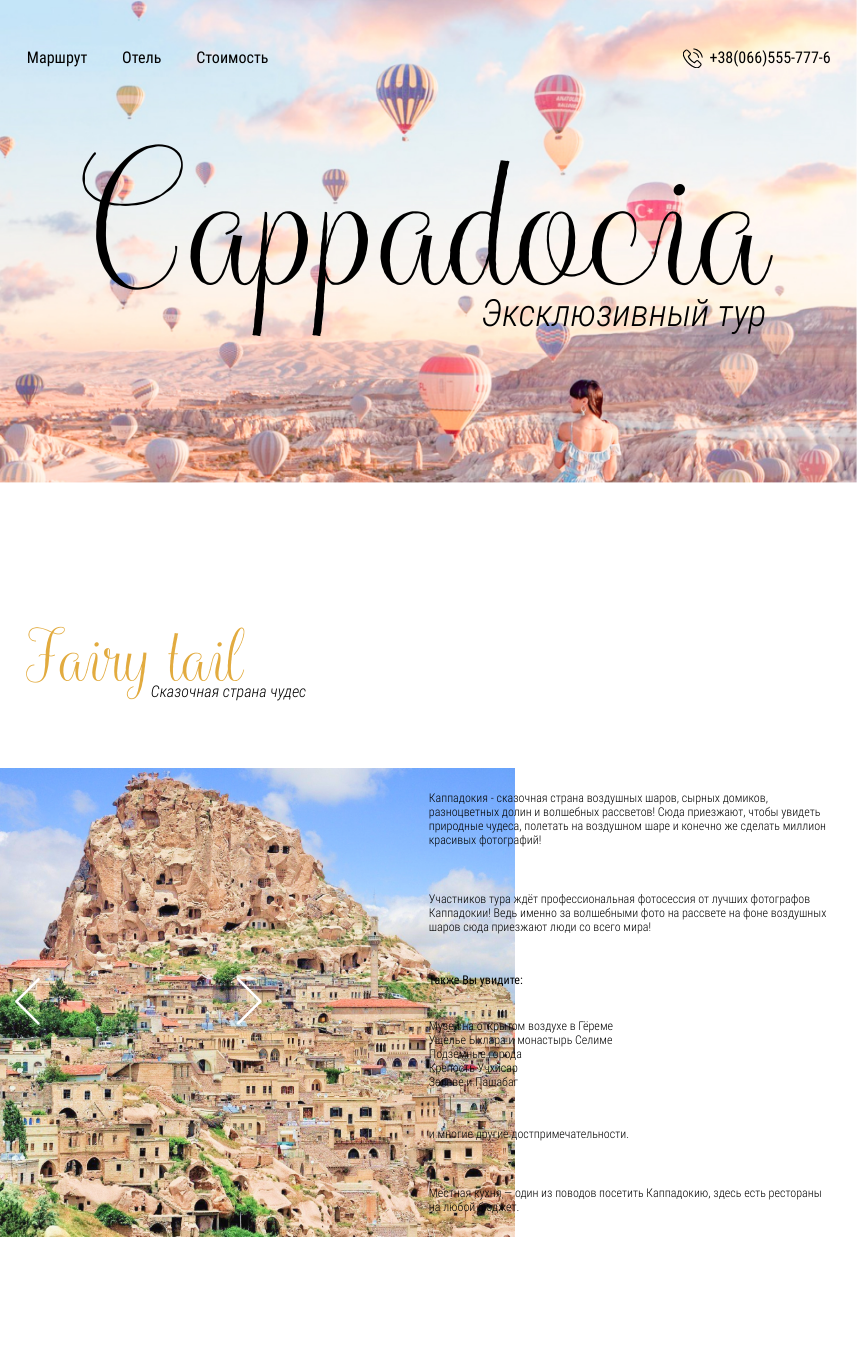
Repository: Lareeman/cappadocia
Page: index.html
The author's editor kept a copy of each file at every save. The page is drawn from the files as they stood at one save, then again after a run of saves.
The browser window is 1280 px wide. The pictures show the whole page, at 67% of full size.

Above is the page before, as saved 2024-01-27 14:27:35.

### index.html
<!DOCTYPE html>
<html lang="en">

<head>
  <meta charset="UTF-8">
  <meta name="viewport" content="width=device-width, initial-scale=1.0">
  <meta http-equiv="X-UA-Compatible" content="ie=edge">
  <title>Cappadocia</title>
  <link rel="stylesheet" href="css/reset.css">
  <link rel="stylesheet" href="css/slick.css">
  <link rel="stylesheet" href="css/style.css">
</head>

<body>
  <header class="header">
    <div class="container">
      <div class="header__top">
        <nav class="menu">
          <ul class="menu__list">
            <li class="menu__item"><a class="menu__link" href="#">Маршрут</a></li>
            <li class="menu__item"><a class="menu__link" href="#">Отель</a></li>
            <li class="menu__item"><a class="menu__link" href="#">Стоимость</a></li>
          </ul>
        </nav>
        <a class="header__phone" href="tel:+380665557776">+38(066)555-777-6</a>
      </div>
      <h1 class="header__title">Cappadocia<span>Эксклюзивный тур</span></h1>
    </div>
  </header>
  <section class="fairy page-section">
    <div class="container">
      <h3 class="fairy__title title">Fairy tail
        <span>Сказочная страна чудес</span>
      </h3>
    </div>
    <div class="fairy__inner">
      <div class="fairy__slider">
        <div class="fairy__item"><img src="images/fairy-1.jpg" alt=""></div>
        <div class="fairy__item"><img src="images/fairy-2.jpg" alt=""></div>
        <div class="fairy__item"><img src="images/fairy-3.jpg" alt=""></div>
      </div>
      <div class="fairy__content">
        <div class="fairy__container">
          <div class="fairy__body">
            <p class="fairy__text">
              Каппадокия - сказочная страна воздушных шаров, сырных домиков, разноцветных долин и волшебных рассветов!
              Сюда приезжают, чтобы увидеть природные чудеса, полетать на воздушном шаре и конечно же сделать миллион красивых фотографий!
            </p>
            <p class="fairy__text">
              Участников тура ждёт профессиональная фотосессия от лучших фотографов Каппадокии!
              Ведь именно за волшебными фото на рассвете на фоне воздушных шаров сюда приезжают люди со всего мира!
            </p>
            <div class="fairy__body-title">
              Также Вы увидите:
            </div>
            <ul class="fairy__list">
              <li>Музей на открытом воздухе в Гёреме</li>
              <li>Ущелье Ыхлара и монастырь Селиме</li>
              <li>Подземные города</li>
              <li>Крепость Учхисар</li>
              <li>Зельве и Пашабаг</li>
            </ul>
            <p class="fairy__text">и многие другие достпримечательности.</p>
            <p class="fairy__text">Местная кухня — один из поводов посетить Каппадокию, здесь есть рестораны на любой бюджет.</p>
          </div>
        </div>
      </div>
    </div>
  </section>



  <script src="https://ajax.googleapis.com/ajax/libs/jquery/3.4.1/jquery.min.js"></script>
  <script src="js/slick.min.js"></script>
  <script src="js/main.js"></script>
</body>

</html>

### css/style.css
:root {
  --black: #000;
  --gold: #E2AB3F;
}

@font-face {
  font-family: 'Balqis';
  src: url('../fonts/balqis.woff2');
  src: url('../fonts/balqis.woff2') format('woff2'),
    url('../fonts/balqis.woff') format('woff');

  font-style: normal;
  font-weight: 300;
  font-display: swap;
}

@font-face {
  font-family: 'RobotoCondensed-Light';
  src: url('../fonts/RobotoCondensed-Light.woff2');
  src: url('../fonts/RobotoCondensed-Light.woff2') format('woff2'),
    url('../fonts/RobotoCondensed-Light.woff') format('woff');


  font-style: normal;
  font-weight: 300;
  font-display: swap;
}

@font-face {
  font-family: 'RobotoCondensed-LightItalic';
  src: url('../fonts/RobotoCondensed-LightItalic.woff2');
  src: url('../fonts/RobotoCondensed-LightItalic.woff2') format('woff2'),
    url('../fonts/RobotoCondensed-LightItalic.woff') format('woff');
  font-style: italic;
  font-weight: 300;
  font-display: swap;
}

@font-face {
  font-family: 'RobotoCondensed-Regular';
  src: url('../fonts/RobotoCondensed-Regular.woff2');
  src: url('../fonts/RobotoCondensed-Regular.woff2') format('woff2'),
    url('../fonts/RobotoCondensed-Regular.woff') format('woff');


  font-style: 400;
  font-weight: 300;
  font-display: swap;
}

html {
  box-sizing: border-box;
}

*,
*::before,
*::after {
  box-sizing: inherit;
}

a {
  text-decoration: none;
  color: inherit;
}

ul {
  list-style-type: none;
}

body {
  color: var(--black);
  font-family: 'RobotoCondensed-Light';
  font-size: 18px;
  font-style: normal;
  font-weight: 300;
  line-height: normal;
}

.header {
  background-image: url("../images/header-bg.jpg");
  background-size: cover;
  background-repeat: no-repeat;
  background-position: bottom center;
  min-height: 100vh;
  margin-bottom: 200px;
}

.container {
  max-width: 1230px;
  padding: 0 15px;
  margin: 0 auto;
}

.page-section {
  margin-bottom: 200px;
  maw1
}

.title {
  color: var(--gold);
  font-family: Balqis;
  font-size: 96px;
  font-weight: 400;
  margin-bottom: 100px;
}

.title span {
  line-height: 28px;
  font-size: 24px;
  color: var(--black);
  font-family: 'RobotoCondensed-LightItalic';
  display: block;
  margin-top: -30px;
  margin-left: 185px;
}

.header__top {
  padding: 72px 0;
  display: flex;
  justify-content: space-between;
  align-items: center;
  font-size: 24px;
  font-weight: 400;
  font-family: 'RobotoCondensed-Regular';
}

.menu__list {
  display: flex;
  gap: 0 52px;
}

.menu__link {
  transition: all .6s;
}

.menu__link:hover {
  text-decoration: underline;
  /* border-bottom: 1px solid var(--black); */
}

.header__title {
  text-align: center;
  color: var(--black);
  font-family: "Balqis", serif;
  font-size: 250px;
  font-weight: 400;
}

.header__title span {
  text-align: right;
  margin-top: -6%;
  margin-right: 8%;
  display: block;
  font-family: 'RobotoCondensed-LightItalic';
  font-size: 56px;
  font-style: italic;
  font-weight: 300;
}

.header__phone {
  padding-left: 40px;
  position: relative;
}

.header__phone::before {
  content: "";
  position: absolute;
  width: 30px;
  height: 30px;
  left: 0;
  background-image: url('../images/phone-icon.svg');
}
/* ===================== */


.fairy__inner {
  position: relative;
}
.fairy__container {
  max-width: 1230px;
  padding: 0 15px;
  margin: 0 auto;
  position: absolute;
  top: 0;
  left: 0;
  right: 0;
  bottom: 0;
}

.fairy__slider {
  width: 60%;
}
.slick-btn{
  position: absolute;
  top: 50%;
  transform: translateY(-50%);
  background-color: transparent;
  border: none;
  z-index: 10;
  cursor: pointer;
}
.slick-prev {
  left: 0;
}
.slick-next {
  right:355px;
}
.fairy__item {}

.fairy__content {

}


.fairy__body {
  width: 50%;
  margin-left: auto;

  display: flex;
  flex-direction: column;
  justify-content: space-around;
  height: 100%;

}

.fairy__text {
 padding: 10px 0;
}

.fairy__body-title {
  font-family: 'RobotoCondensed-Regular';
  font-weight: 400;
}

.fairy__list {

}

### js/main.js
$(function () {
    $('.fairy__slider').slick({
        autoplay: true,
        autoplaySpeed: 2000,
        prevArrow: '<button type="button" class="slick-prev slick-btn"><img src="images/arrow-prev.svg" alt=""></button>',
        nextArrow: '<button type="button" class="slick-next slick-btn"> <img src="images/arrow-next.svg" alt=""></button>',
fade: true,
    });
});

Loaded but not shown: css/reset.css (common file); css/slick.css (common file); js/slick.min.js (library)

After the next 2 saves:
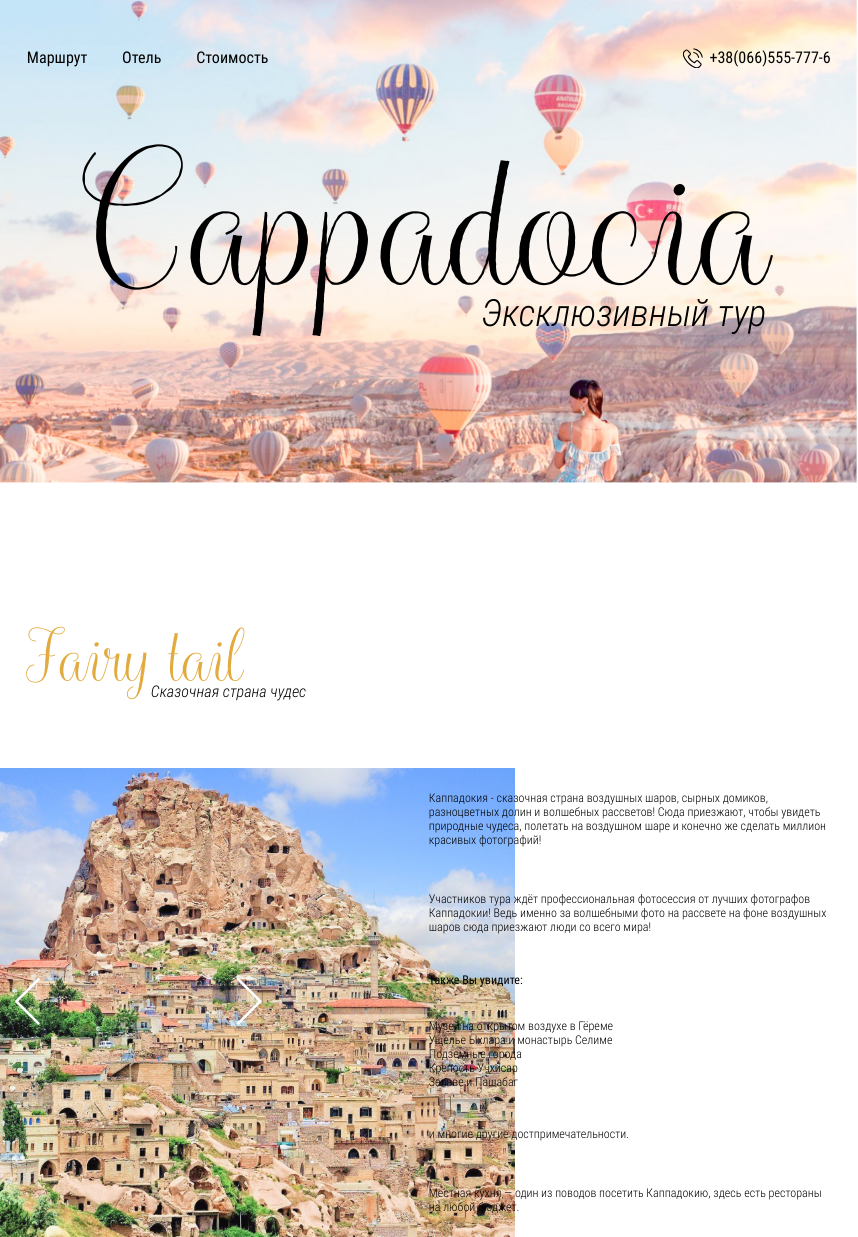
The 2 saves are shown as one change because they came seconds apart.
The last was saved 7 s later.
--- a/css/style.css
+++ b/css/style.css
@@ -92,8 +92,8 @@ body {
 }
 
 .page-section {
-  margin-bottom: 200px;
-  maw1
+  margin-bottom: 200px 0;
+  max-width: 1920px;
 }
 
 .title {
